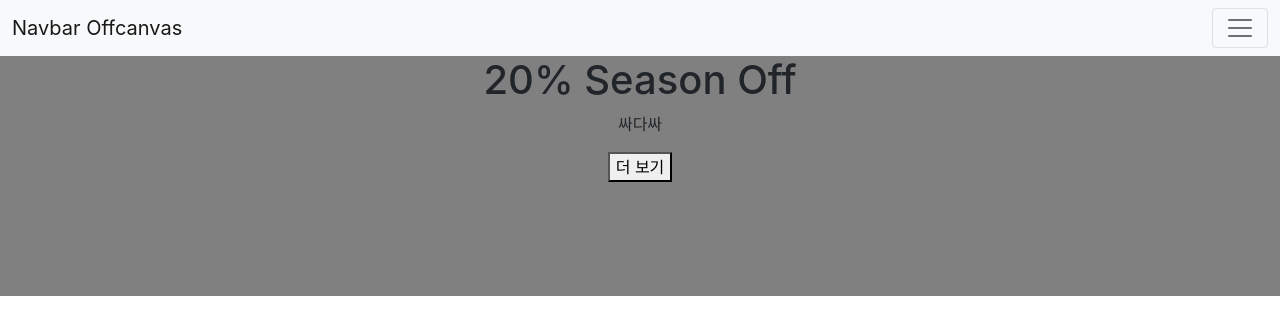
Repository: DevMinwoo-Jung/react-practice
Page: /detail (app in appleCoding/shopping/)
An editor plug-in stored every save of this project. The page is shown before and after the next save, followed by the edit.
The browser window is 1280 px wide. The pictures show the whole page.
The project was rebuilt for these pictures with package versions that can differ from the ones it lists, and the page was loaded fresh each time.

Above is the page before, as saved 2022-01-24 16:04:10.

After the next save:
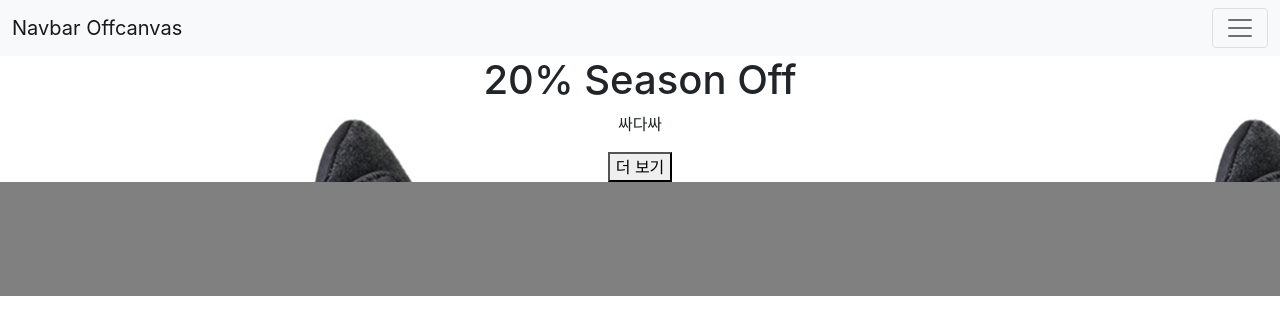
Saved 10 min 54 s later.
--- a/appleCoding/shopping/src/App.css
+++ b/appleCoding/shopping/src/App.css
@@ -7,3 +7,7 @@
   height: 15rem;
   width: 100%;
 }
+
+.background{
+  background-image: url('../public/shoes3.jpg');
+}
